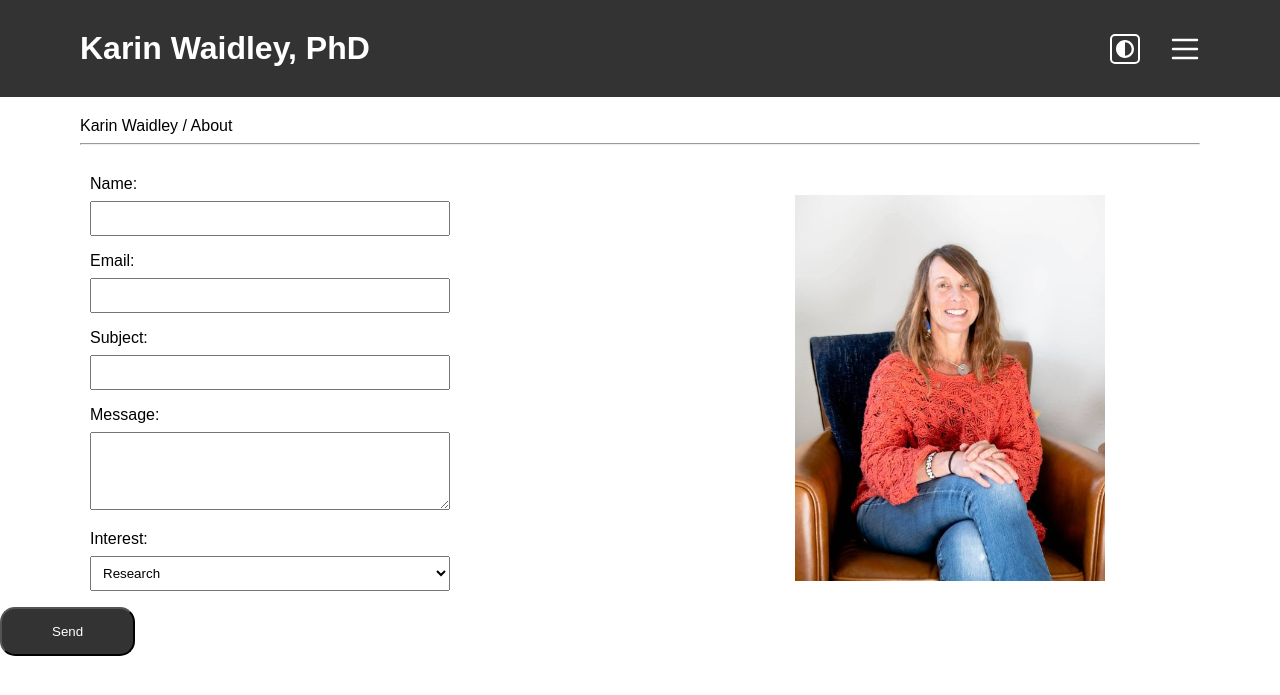
Repository: Ceasor7/Karin
Page: contact.html
The author's editor kept a copy of each file at every save. The page is drawn from the files as they stood at one save, then again after the next save.
The browser window is 1280 px wide. The pictures show the whole page.

Above is the page before, as saved 2023-12-14 15:17:39.

### contact.html
<!DOCTYPE html>
<html lang="en">

<head>
    <meta charset="UTF-8">
    <meta name="viewport" content="width=device-width, initial-scale=1.0">
    <title>Karin Waidley, PhD | Contact</title>
    <style>
        /* Resetting some default styles for better consistency */
        body,
        h1,
        h2,
        h3,
        p,
        ul,
        li {
            margin: 0;
            padding: 0;
            list-style: none;
        }

        /* Global styles */
        body {
            font-family: Arial, sans-serif;
        }

        /* Navbar styles */
        header {
            background-color: #333;
            color: white;
            padding: 10px 0;
        }

        .navbar {
            display: flex;
            justify-content: space-between;
            align-items: center;
            padding: 20px;
            margin-left: 60px;
            margin-right: 60px;
        }

        .navbar-logo {
            font-size: 2em;
            font-weight: bold;
        }

        .navbar-icons {
            display: flex;
            gap: 10px;
        }

        .dark-mode-toggle {
            color: var(--secondary-color);
            border: 2px solid currentColor;
            padding: 4px;
            background: transparent;
            cursor: pointer;
            border-radius: 5px;
            width: 30px;
            height: 30px;
        }

        .dark-mode-toggle,
        .svg-icon {
            margin-right: 20px;
        }

        /* Main content styles */
        section {
            margin-top: 20px;
        }

        /* Contact form styles */
        form {
            max-width: 600px;
            margin: 0 auto;
        }

        label {
            display: block;
            margin-bottom: 8px;
            text-align: left;
            margin-left: 80px;
        }

        input,
        textarea,
        select {
            width: 60%;
            padding: 8px;
            margin-bottom: 16px;
            box-sizing: border-box;
            margin-left: 80px;

        }

        /* New section styles */
        .image-section {
            text-align: center;
            margin-top: 20px;
        }

        .image-section img {
            max-width: 50%;
            height: auto;
        }

        /* Add this CSS to make the two divs beside each other */
        .flex-container {
            display: flex;
            justify-content: space-between;
            margin-top: 30px;
        }

        .flex-container>div {
            flex: 1;
            margin-right: 20px;
        }

        .form-button {}

        .formSend-button {
            padding: 15px;
            background-color: #333;
            color: white;
            padding-left: 50px;
            padding-right: 50px;
            border-radius: 15px;
        }

        section {
            margin-top: 20px;
            margin-left: 80px;
            margin-right: 80px;
        }
    </style>
</head>

<body>
    <header>
        <div class="navbar">
            <div class="navbar-logo">Karin Waidley, PhD</div>
            <div class="navbar-icons">
                <button id="dark-mode-toggle" class="dark-mode-toggle">
                    <svg width="100%" xmlns="http://www.w3.org/2000/svg" viewBox="0 0 496 496">
                        <path fill="currentColor"
                            d="M8,256C8,393,119,504,256,504S504,393,504,256,393,8,256,8,8,119,8,256ZM256,440V72a184,184,0,0,1,0,368Z"
                            transform="translate(-8 -8)" />
                    </svg>
                </button>
                <svg xmlns="http://www.w3.org/2000/svg" x="0px" y="0px" width="30" height="30" viewBox="0 0 50 50"
                    style="fill:#FFFFFF;">
                    <path
                        d="M 5 8 A 2.0002 2.0002 0 1 0 5 12 L 45 12 A 2.0002 2.0002 0 1 0 45 8 L 5 8 z M 5 23 A 2.0002 2.0002 0 1 0 5 27 L 45 27 A 2.0002 2.0002 0 1 0 45 23 L 5 23 z M 5 38 A 2.0002 2.0002 0 1 0 5 42 L 45 42 A 2.0002 2.0002 0 1 0 45 38 L 5 38 z">
                    </path>
                </svg>
            </div>
        </div>
    </header>

    <section>
        <p class="page-title">Karin Waidley / About</p>
        <hr>
    </section>
    <div class="flex-container">
        <div>
            <form>
                <label for="name">Name:</label>
                <input type="text" id="name" name="name" required>

                <label for="email">Email:</label>
                <input type="email" id="email" name="email" required>

                <label for="subject">Subject:</label>
                <input type="text" id="subject" name="subject" required>

                <label for="message">Message:</label>
                <textarea id="message" name="message" rows="4" required></textarea>

                <label for="interest">Interest:</label>
                <select id="interest" name="interest">
                    <option value="research">Research</option>
                    <option value="speaking">Speaking</option>
                    <option value="teaching">Teaching</option>
                    <option value="community-reach">Community Reach</option>
                </select>
            </form>
        </div>
        <!-- New section with image -->
        <div class="image-section">
            <img src="images/Karin.jpeg" alt="Karin Waidley">
        </div>
    </div>
    <div class="form-button">
        <button class="formSend-button" type="submit">Send</button>
    </div>


</body>

</html>

After the next save:
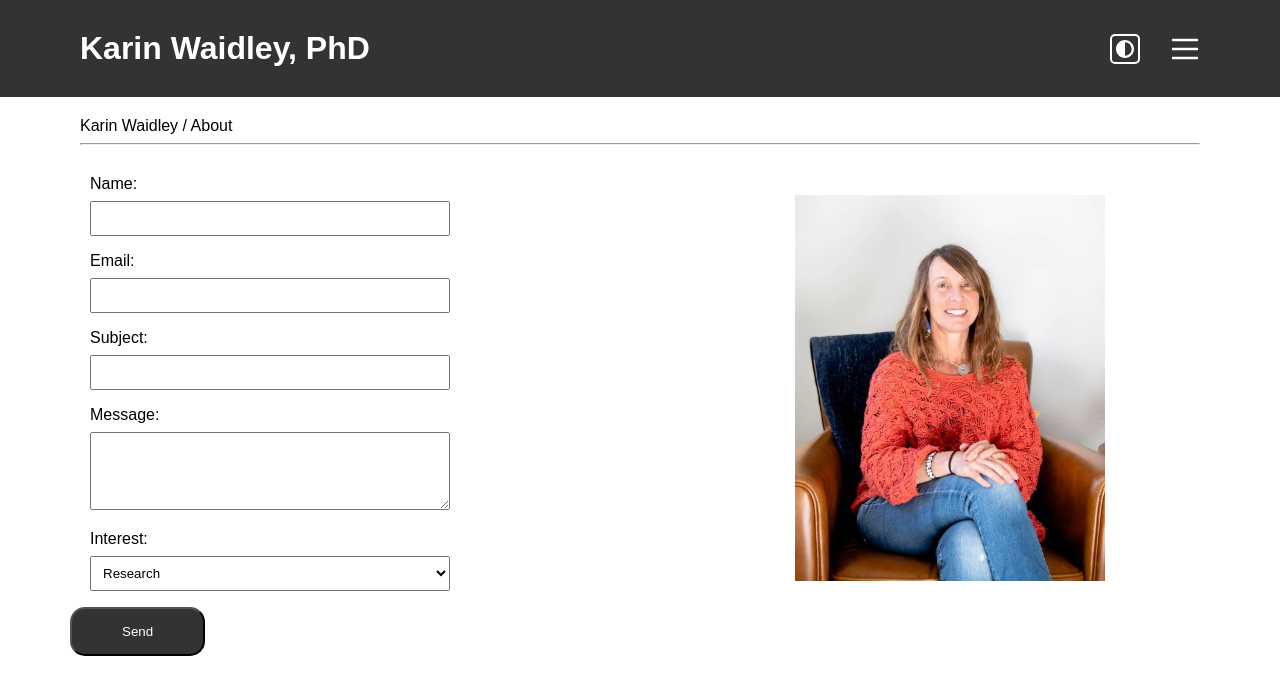
Saved 15 s later.
--- a/contact.html
+++ b/contact.html
@@ -118,7 +118,9 @@
             margin-right: 20px;
         }
 
-        .form-button {}
+        .form-button {
+            margin-left: 70px;
+        }
 
         .formSend-button {
             padding: 15px;
